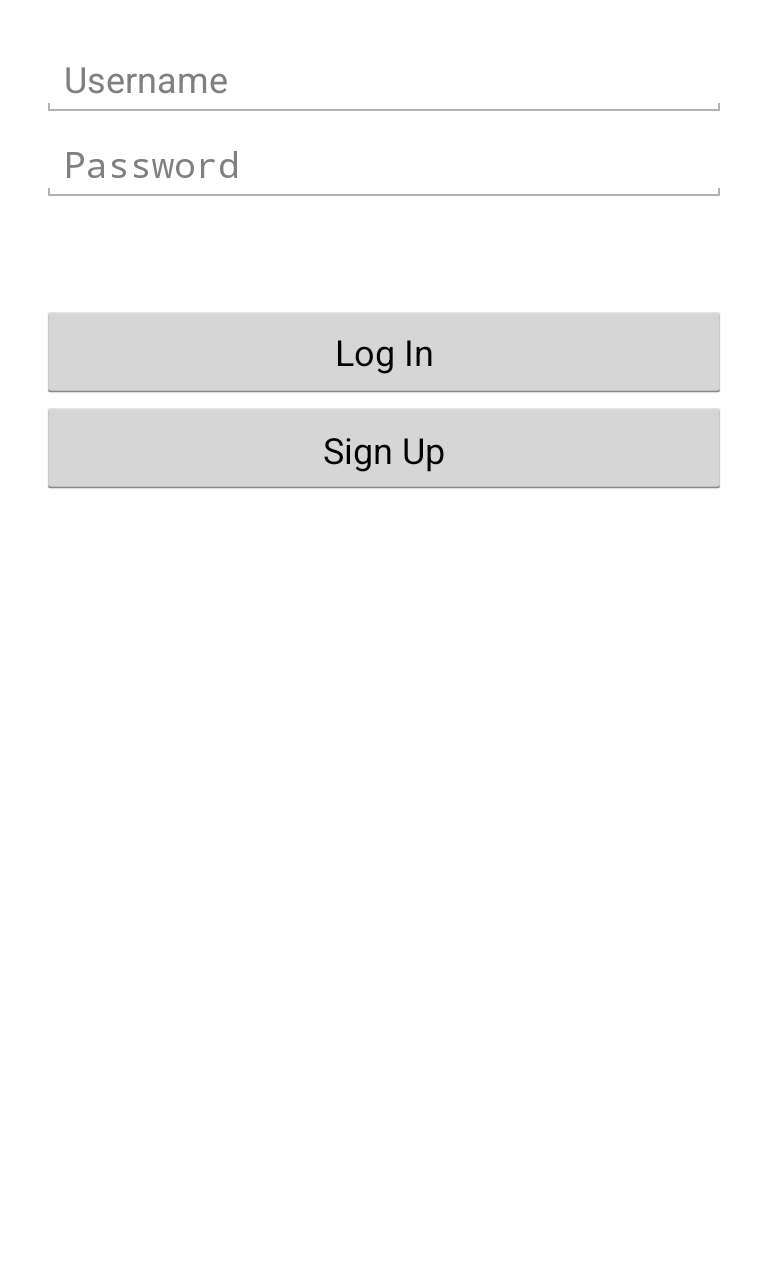
Repository: efreestone/CPM_Freestone
Layout: Project1Android/res/layout/activity_login.xml
An editor plug-in stored every save of this project. The layout is shown before and after the next save, followed by the edit.
It is drawn on a 768 x 1280 px phone screen (xhdpi) without system bars, with theme AppTheme; the app's code is not run.

Above is the layout before, as saved 2014-10-02 01:04:19.

After the next save:
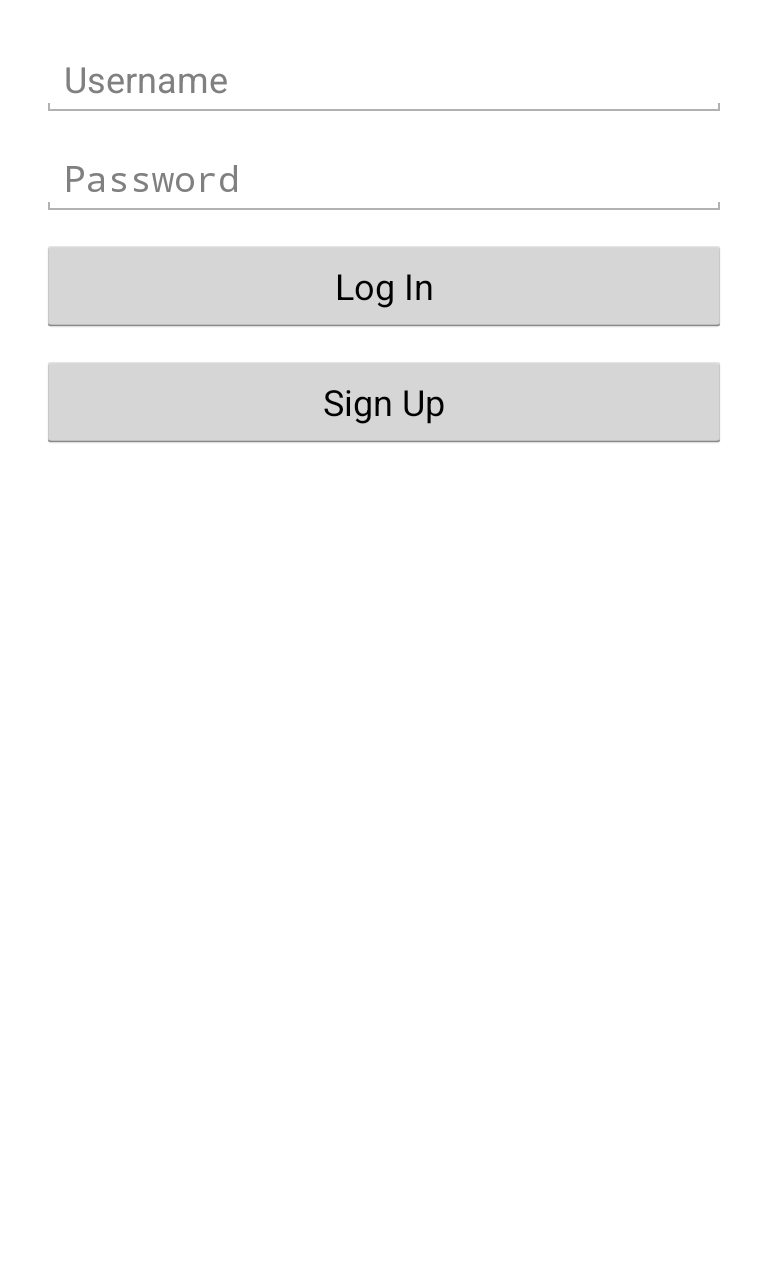
Saved 33 s later.
--- a/Project1Android/res/layout/activity_login.xml
+++ b/Project1Android/res/layout/activity_login.xml
@@ -16,7 +16,7 @@
         android:layout_width="fill_parent"
         android:layout_height="wrap_content"
         android:layout_below="@id/usernameEditText"
-        android:paddingTop="10dp"
+        android:layout_marginTop="10dp"
         android:hint="@string/passwordTitleText"
         android:inputType="textPassword" />
 
@@ -25,7 +25,7 @@
         android:layout_width="fill_parent"
         android:layout_height="wrap_content"
         android:layout_below="@id/passwordEditText"
-        android:layout_marginTop="50dp"
+        android:layout_marginTop="10dp"
         android:text="@string/loginButtonText" />
 
     <Button
@@ -33,7 +33,7 @@
         android:layout_width="fill_parent"
         android:layout_height="wrap_content"
         android:layout_below="@id/loginButton"
-        android:paddingTop="10dp"
+        android:layout_marginTop="10dp"
         android:text="@string/signupButtonText" />
 
 </RelativeLayout>
